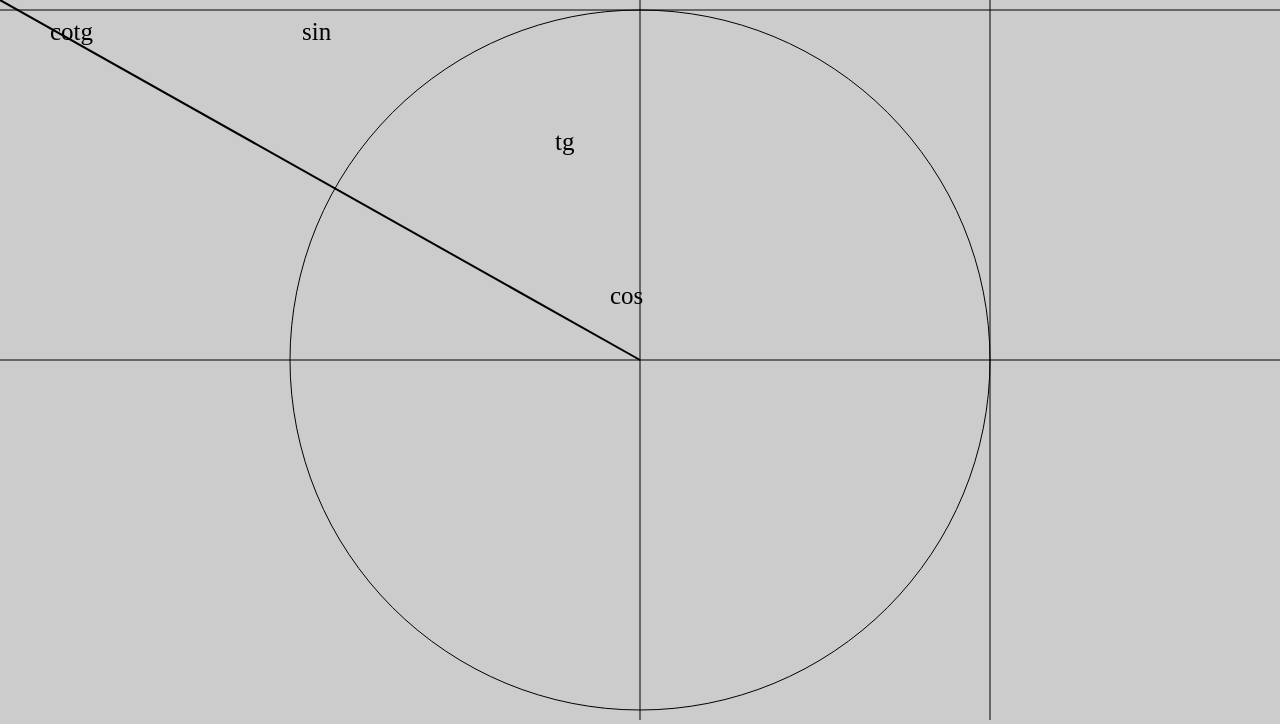
Repository: BraynStorm/braynstorm.github.io
Page: http://localhost/
These files come from the project's save history. The page is drawn as it stood at one moment and after the next save; the edit follows.
The browser window is 1280 px wide. The pictures show the whole page.
The page is run by PHP 8.4 with error messages shown; the project is at /var/www/html/.

Above is the page before, as saved 2015-02-24 16:20:33.

After the next save:
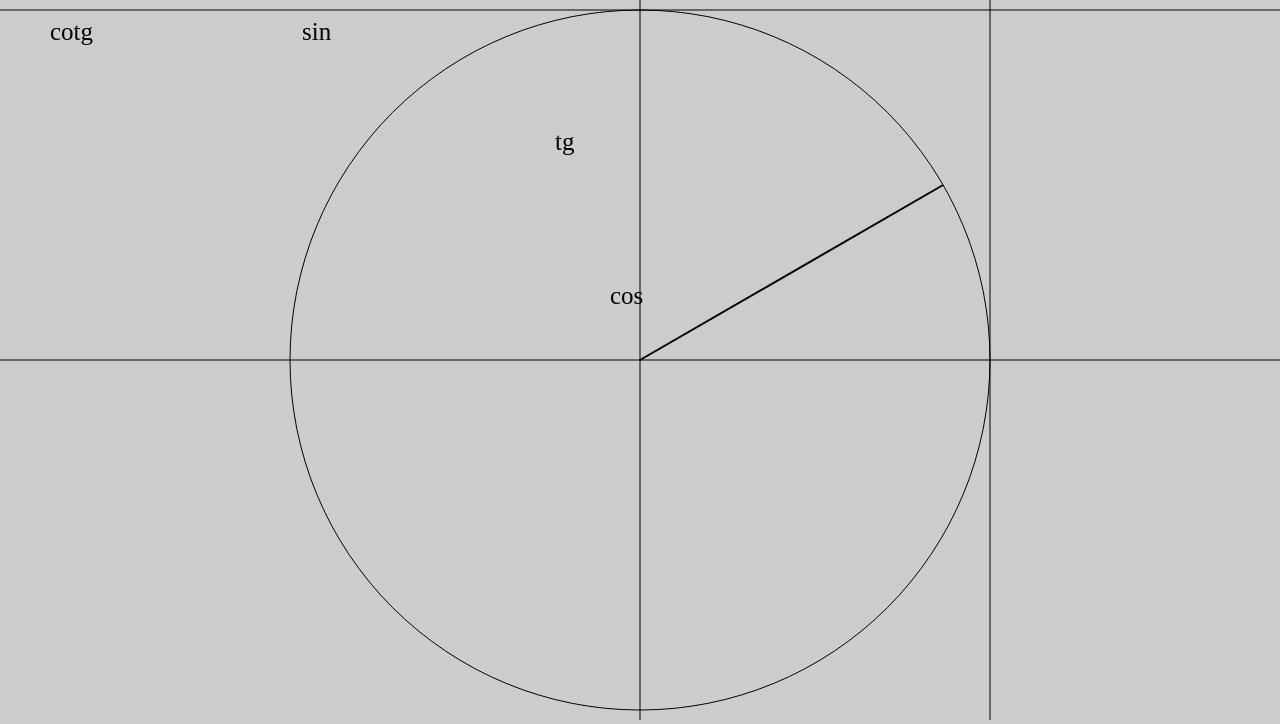
Saved 18 s later.
--- a/JSDrawing/js/swgDrawing.js
+++ b/JSDrawing/js/swgDrawing.js
@@ -68,20 +68,8 @@ $(document).ready(function (){
 
 	var animator;
 
-	$("#angleBox").keydown(function (){
-		var angle = parseInt(box.val());
-		var radians = (Math.PI * 2) * (angle % 360) / 360 ;
-		angleArm.animate({left : angle},{
-			step: function (){
-				$(this).attr("x2", beginX + (Math.cos(radians) * radius));
-				$(this).attr("y2", beginY - (Math.sin(radians) * radius));
-			},
-			duration: 1000
-		});
-	});
 
-
-	//animateAngle();
+	animateAngle();
 
 	function animateAngle(){
 		var toAngle = parseInt(box.val());
